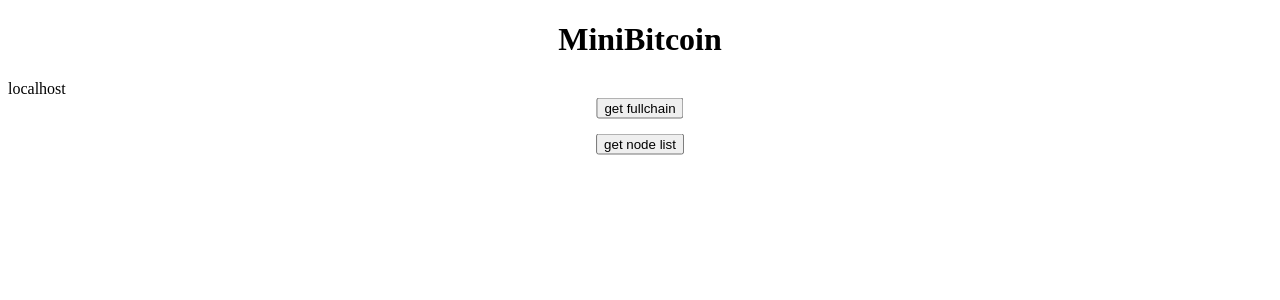
Repository: lam4562311/Minibitcoin
Page: http://localhost/
The author's editor kept a copy of each file at every save. The page is drawn from the files as they stood at one save, then again after the next save.
The browser window is 1280 px wide. The pictures show the whole page.
Some web libraries are served in a nearby version. The page is served by the project's application, run on Flask 3 (bitcoin-5003.py).

Above is the page before, as saved 2022-04-08 23:07:06.

### templates/homepage.html
<!DOCTYPE html>
<html>
<head>
    <style>
        .center {
          margin:10px 0px 10px 0px;
          position: absolute;
          left: 50%;
          -ms-transform: translate(-50%, -50%);
          transform: translate(-50%, -50%);
        }
        </style>
</head>
    <body>

        <h1><center> MiniBitcoin </center></h1>

        <span id="queryString"></span>

        <span id="fullchain_span"></span>
        <br>
        <div class="center">
            <button id="get_chain_bt">get fullchain</button>
        </div>
        <br>
        <span id="node_list_span"></span>
        <br>
        <div class="center">
            <button id="get_node_bt">get node list</button>
        </div>
        <br>
    <script src="//ajax.googleapis.com/ajax/libs/jquery/1.9.1/jquery.min.js"></script>
    <script src="{{url_for("static", filename="index.js")}}"></script>
    </body>
</html>

### bitcoin-5003.py
from operator import contains
import wx
from bitcoinclass import Transaction,Wallet,Block,Blockchain
from flask import Flask, jsonify, request, render_template, redirect, url_for, send_file
from urllib.parse import urlparse
import json
import re
import requests
import io
import logging
app = Flask(__name__)

#Flask API
@app.route('/new_transaction', methods=['POST'])
def new_transaction():
    values = request.form

    # Check that the required fields are in the PoST'ed data
    required = ['recipient_address', 'amount']
    if not all(k in values for k in required):
        return 'Missing values', 400

    #Create a new Transaction
    transaction = Transaction(myWallet.identity, values['recipient_address'], values[ 'amount'])
    transaction.add_signature(myWallet.sign_transaction(transaction))
    transaction_result = blockchain.add_new_transaction(transaction)

    if transaction_result:
        response = { 'message': 'Transaction will be added to Block'}
        return jsonify(response), 201
    else:
        response = {'message': 'Invalid Transaction!'}
        return jsonify(response), 406

@app.route( '/get_transactions' , methods=[ 'GET'])
def get_transactions():
    #Get transactions from transactions pool
    transactions = blockchain.unconfirmed_transactions
    response = {'transactions' : transactions}
    return jsonify(response), 200

@app.route('/chain', methods=['GET'])
def last_ten_blocks():
    response = {
        'chain' : blockchain.chain[-10:],
        'length': len(blockchain.chain),
    }
    return jsonify(response), 200


@app.route('/fullchain', methods=['GET'])
def full_chain():
    response = {
    'chain' : json.dumps(blockchain.chain),
    'length' : len(blockchain.chain),
    }
    return jsonify (response), 200

@app.route('/get_nodes', methods=['GET'])
def get_nodes():
    nodes = list(blockchain.nodes)
    response = {'nodes' : nodes}
    return jsonify(response), 200

@app.route('/register_node', methods=['POST'])
def register_node():
    values = request.form
    node = values.get('node')
    com_port = values.get('com_port')
    if node is None and com_port is None:
        return "Error: Please supply a valid list of nodes", 400
    if com_port is not None:
        blockchain.register_node(request.remote_addr + ":" + com_port)
        node = request.remote_addr + ":" + com_port
        app.logger.warning(node)
    else:
        blockchain.register_node(node)
    node_list = requests.get('http://' + node + '/get_nodes')
    if node_list.status_code == 200:
        node_list = node_list.json()['nodes']
        for node in node_list:
            blockchain.register_node( node)

    for new_nodes in blockchain.nodes:
        requests.post( 'http://' + new_nodes + '/register_node' , data={'com_port':str(port)})

    replaced = blockchain.consensus()
    if replaced:
        app.logger.warning('replaced')
        response ={
        'message' : 'Longer authoritative chain found from peers, replacing ours' ,
        'total_nodes ' : [node for node in blockchain.nodes]}
    else:
        response ={
        'message': 'New nodes have been added,but our chain is authoritative',
        'total_nodes' : [node for node in blockchain.nodes]
    }
    return jsonify(response), 201

@app.route('/consensus', methods=['GET'])
def consensus():
    replaced = blockchain.consensus()
    if replaced:
        app.logger.info('replaced')
        response = {
            'message' : 'our chain was replaced',
        }
    else:
        app.logger.info('not replaced')
        response = {
        'message ' : 'our chain is authoritative',
        }
    return jsonify(response), 200

@app.route('/mine', methods=[ 'GET'])
def mine():
    blockchain.boardcast_transactions(request.host)

    newblock = blockchain.mine(myWallet)
    for node in blockchain.nodes:
        ans = requests.get('http://' + node + '/consensus')
        app.logger.info(ans)
    response = {
        'index' : newblock.index,
        'transactions' : newblock.transactions,
        'timestamp' : newblock.timestamp,
        'nonce' : newblock.nonce,
        'hash' : newblock.hash,
        'previous_hash' : newblock.previous_hash
    }
    return jsonify( response), 200

@app.route('/import_key', methods=['POST'])
def import_key():
    f = request.files['file']
    blob = f.read()
    myWallet.import_key(blob)
    return 'key imported successfully'

@app.route('/export_key', methods=['GET'])
def export_key():
    blob = myWallet.export_key()
    return send_file(
        io.BytesIO(blob),
        mimetype='application/octet-stream',
        as_attachment = True,
        attachment_filename = "keyfile")

@app.route('/get_status', methods=['GET'])
def get_status():
    response ={
        'public_key' : myWallet.identity,
        'balance': blockchain.get_balance(myWallet.identity)
    }
    return jsonify(response),200

@app.route('/update_balance', methods=['PUT'])
def update_balance():
    myWallet.balance = blockchain.get_balance(myWallet.identity)
    response = {'message': 'Balance updated'}
    return jsonify(response), 200

@app.route('/sync_transactions', methods=['GET'])
def sync_transactions():
    result = blockchain.boardcast_transactions(request.host)
    if result:
        response = {
            'message': 'Synchronized Transactions'
        }
    else:
        resonse = {'message': 'False'}
    return jsonify(resonse), 200

@app.route('/')
def index():
    return render_template('homepage.html')

if __name__ == '__main__':
    myWallet = Wallet()
    blockchain = Blockchain()
    port = 5003
    app.logger.setLevel(logging.DEBUG)
    app.run(host='127.0.0.1', port=port, debug = True)

### static/index.js
let get_chain_bt = document.querySelector("#get_chain_bt");
let get_node_bt = document.querySelector("#get_node_bt");

let full_chain_span = document.querySelector("#fullchain_span")
let full_node_span = document.querySelector("#node_list_span")
let querystring_span = document.querySelector("#queryString")

querystring = window.location.hostname;

querystring_span.innerHTML = querystring;
function get_full_chain(){
    $.ajax({
        type: "GET",
        contentType: "application/json; charset=utf-8",
        url:"/fullchain",
        dataType: "json",
        success: (data) => {
            full_chain_span.innerHTML = JSON.stringify(data);
        }
    });
    querystring = window.location.search;
}
function get_node_list(){
    $.ajax(
        {
            type: "GET",
            contentType: "application/json; charset: utf-8",
            url:"/get_nodes",
            dataType: "json",
            success: (data) => {
                full_node_span.innerHTML = JSON.stringify(data);
            }
        }
    )
}
$(get_chain_bt).click(()=>get_full_chain());
$(get_node_bt).click(()=>get_node_list());

After the next save:
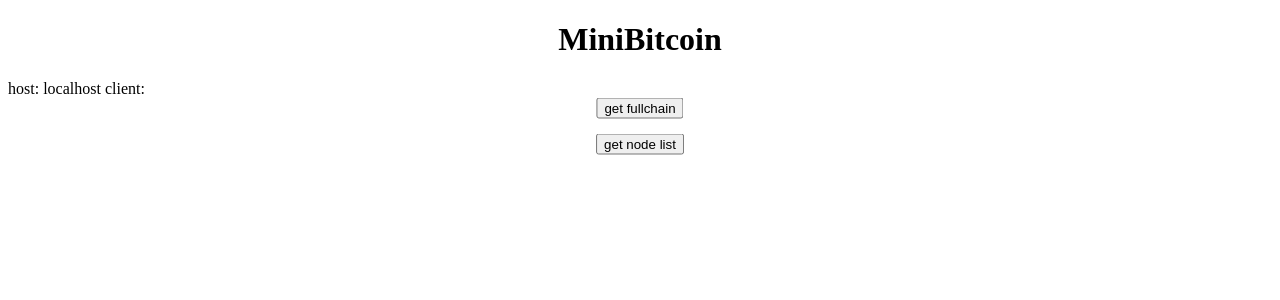
Saved 56 s later.
--- a/templates/homepage.html
+++ b/templates/homepage.html
@@ -14,8 +14,9 @@
     <body>
 
         <h1><center> MiniBitcoin </center></h1>
-
+        <span> host:</span>
         <span id="queryString"></span>
+        <span>client:</span>
 
         <span id="fullchain_span"></span>
         <br>
